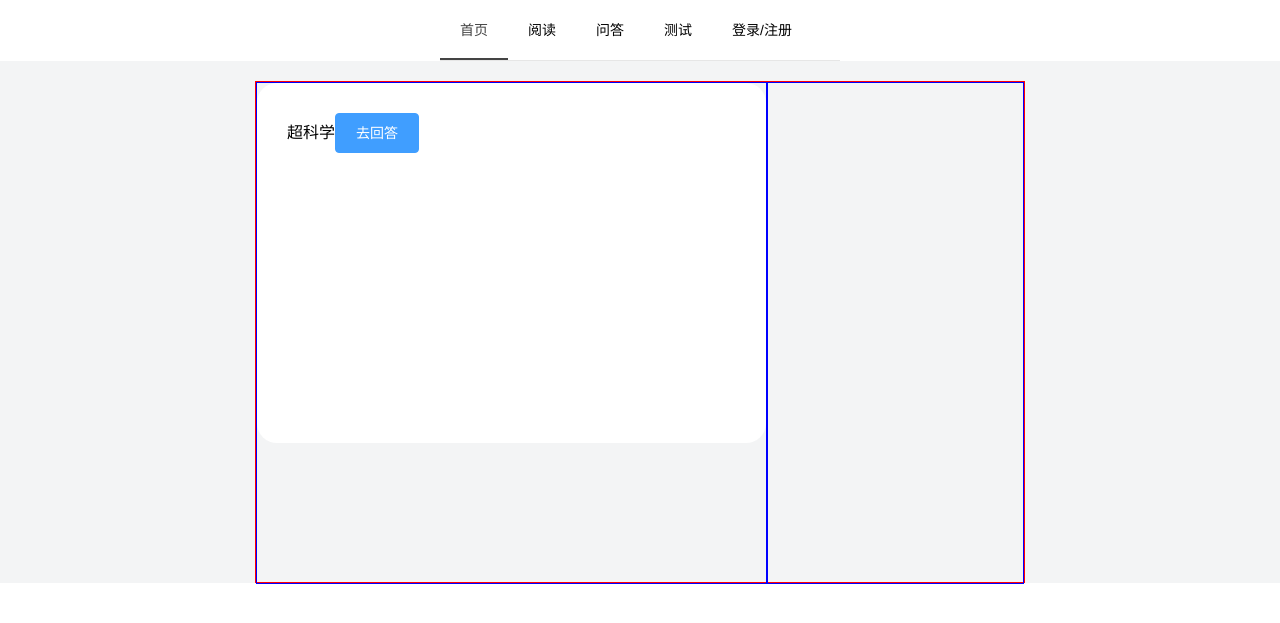
Repository: shengligo/xyx_vue_v1
Page: /qs
These files come from the project's save history. The page is drawn as it stood at one moment and after the next save; the edit follows.
The browser window is 1280 px wide. The pictures show the whole page.
The project was rebuilt for these pictures with package versions that can differ from the ones it lists, and the page was loaded fresh each time. Also part of the build but not shown: vue.config.js, src/views/home/childComps/Art.vue, src/views/author/authors.vue.

Above is the page before, as saved 2021-09-04 16:08:26.

After the next save:
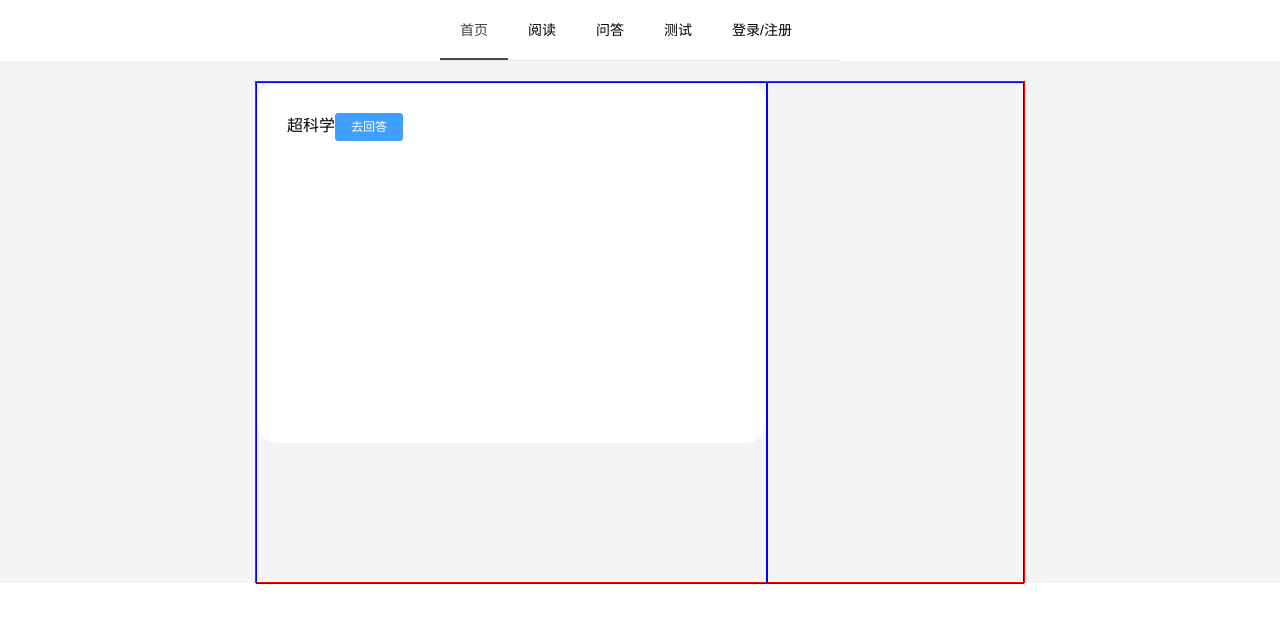
Saved 26 s later.
--- a/src/views/questions/Question.vue
+++ b/src/views/questions/Question.vue
@@ -7,7 +7,7 @@
           <div>
             <div class="answerer">
               <span>{{item.answerer}}</span>
-              <el-button type="primary">去回答</el-button>
+              <el-button type="primary" size="mini">去回答</el-button>
             </div>
           </div>
         </div>
